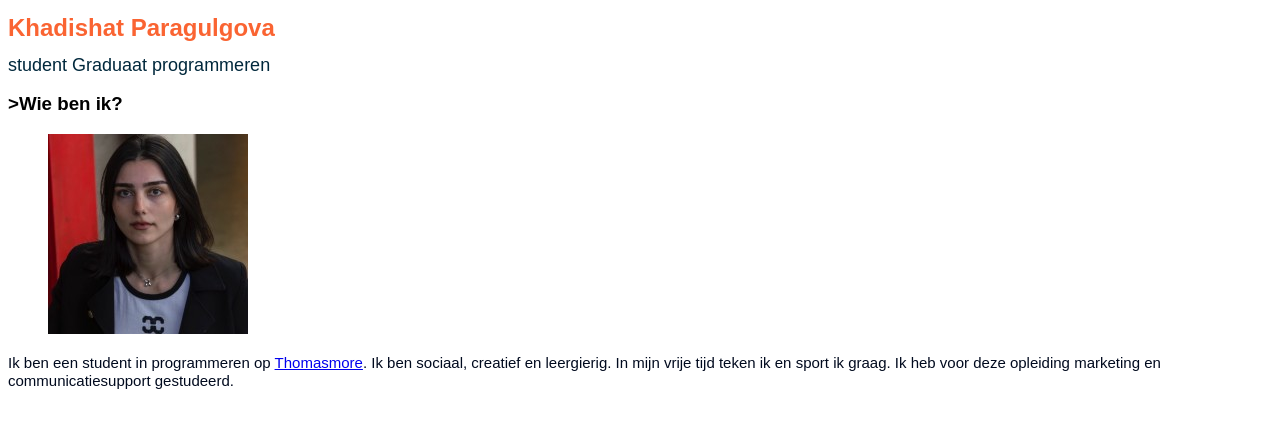
Repository: khadishat00/portfolio
Page: index.html
These files come from the project's save history. The page is drawn as it stood at one moment and after the next save; the edit follows.
The browser window is 1280 px wide. The pictures show the whole page.

Above is the page before, as saved 2026-09-24 14:36:35.

After the next save:
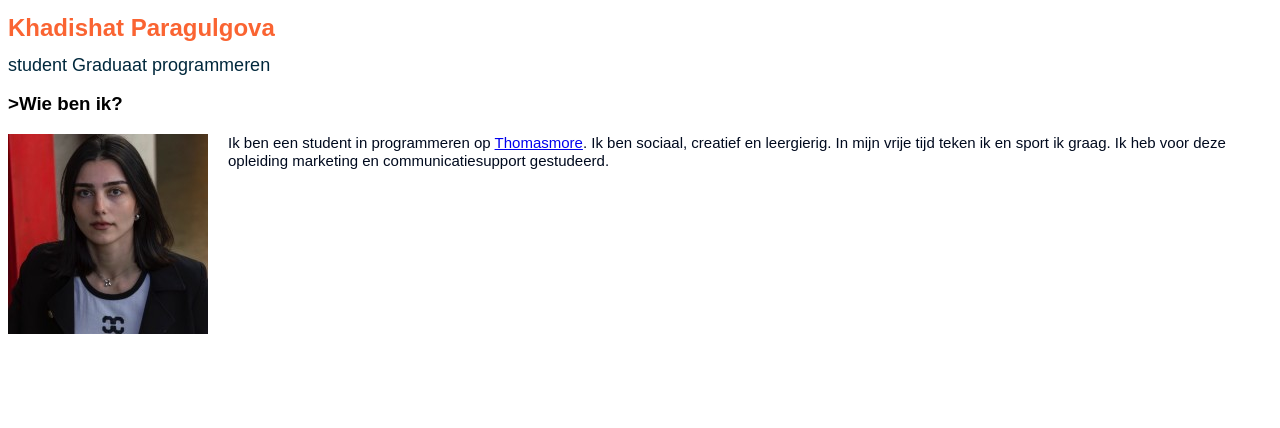
Saved 11 s later.
--- a/index.html
+++ b/index.html
@@ -30,6 +30,14 @@
       line-height: 18px;
       font-weight: normal;
     }
+    figure {
+  float: left;
+  max-width: 50%;
+  margin: 0 20px 20px 0;
+}
+img {
+  max-width: 100%;
+}
   </style>
   <body>
     <h1>Khadishat Paragulgova</h1>
